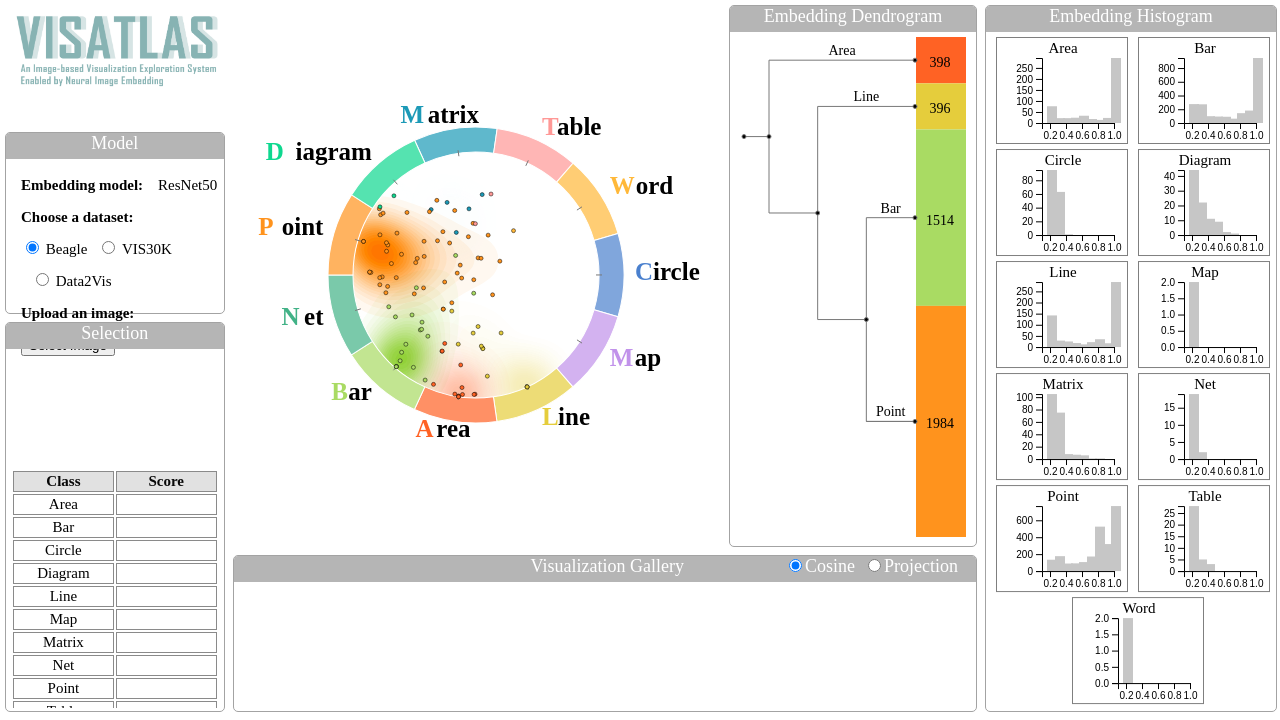
Repository: yilinye/AI_and_human_paintings
Page: / (app in VIS4AI_art/Frontend/)
An editor plug-in stored every save of this project. The page is shown before and after the next save, followed by the edit.
The browser window is 1280 px wide. The pictures show the whole page.
The page's requests for data from a server got no answer. The project was rebuilt for these pictures with package versions that can differ from the ones it lists, and the page was loaded fresh each time. No one was signed in, and anything a server would have sent is missing. Also part of the build but not shown: VIS4AI_art/Frontend/vite.config.js, VIS4AI_art/Frontend/vue.config.js, VIS4AI_art/Frontend/src/components/WelcomeItem.vue, VIS4AI_art/Frontend/src/components/icons/IconDocumentation.vue, VIS4AI_art/Frontend/src/components/icons/IconTooling.vue, VIS4AI_art/Frontend/src/components/icons/IconEcosystem.vue, VIS4AI_art/Frontend/src/components/icons/IconCommunity.vue, VIS4AI_art/Frontend/src/components/icons/IconSupport.vue and 2 more.

Above is the page before, as saved 2022-04-30 23:32:57.

After the next save:
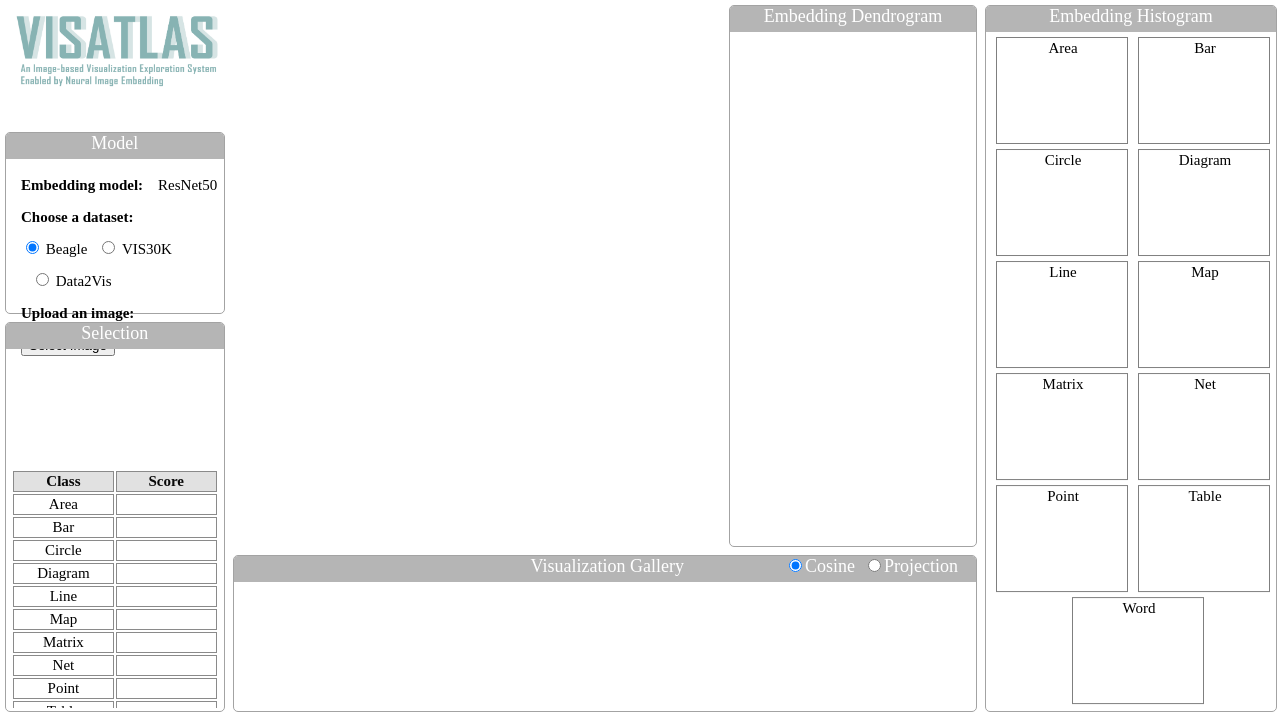
Saved 34 s later.
--- a/VIS4AI_art/Frontend/src/views/visView.vue
+++ b/VIS4AI_art/Frontend/src/views/visView.vue
@@ -59,9 +59,9 @@ export default {
   data () {
     return {
       //! init file path
-      // pth: { filePath: "/src/visData/Beagle reorder.csv" },
+      pth: { filePath: "/src/visData/Beagle reorder.csv" },
 
-      pth: { filePath: "/src/visData/data2vis reorder.csv" },
+      // pth: { filePath: "/src/visData/data2vis reorder.csv" },
     }
   },
   provide () {
